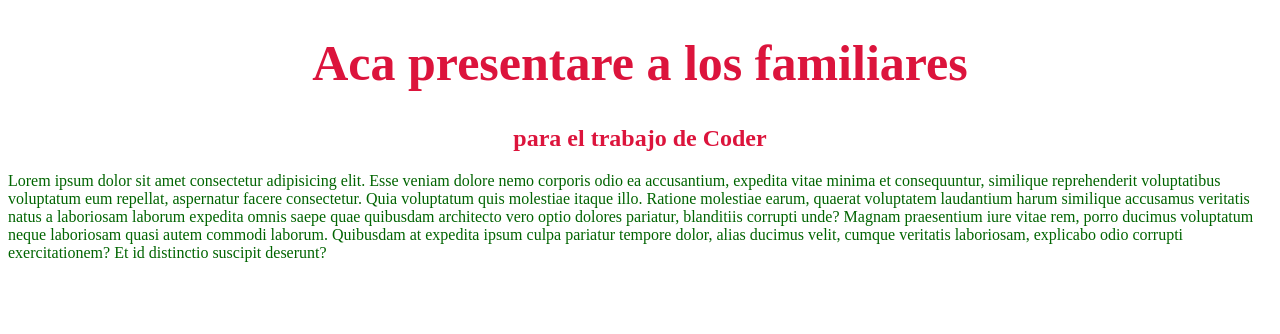
Repository: gadiazsaavedra/Familiares
Page: Familiares/Familiares/plantillas/template1.html
These files come from the project's save history. The page is drawn as it stood at one moment and after a run of saves; the edit follows.
The browser window is 1280 px wide. The pictures show the whole page.

Above is the page before, as saved 2021-12-07 16:40:06.

After the next 2 saves:
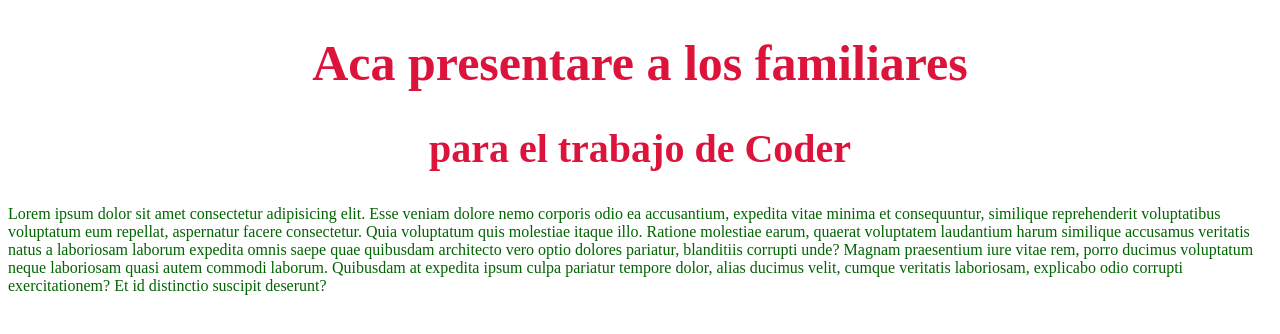
The 2 saves are shown as one change because they came seconds apart.
The last was saved 8 s later.
--- a/Familiares/Familiares/plantillas/template1.html
+++ b/Familiares/Familiares/plantillas/template1.html
@@ -8,7 +8,7 @@
 </head>
 <body>
     <h1 style="color:crimson; text-align:center; font-size:50px">Aca presentare a los familiares</h1>
-    <h2 style="color:crimson; text-align:center; font-size:">para el trabajo de Coder</h2>
+    <h2 style="color:crimson; text-align:center; font-size:40px">para el trabajo de Coder</h2>
     <p style="color:darkgreen">Lorem ipsum dolor sit amet consectetur adipisicing elit. Esse veniam dolore nemo corporis odio ea accusantium, expedita vitae minima et consequuntur, similique reprehenderit voluptatibus voluptatum eum repellat, aspernatur facere consectetur. Quia voluptatum quis molestiae itaque illo. Ratione molestiae earum, quaerat voluptatem laudantium harum similique accusamus veritatis natus a laboriosam laborum expedita omnis saepe quae quibusdam architecto vero optio dolores pariatur, blanditiis corrupti unde? Magnam praesentium iure vitae rem, porro ducimus voluptatum neque laboriosam quasi autem commodi laborum. Quibusdam at expedita ipsum culpa pariatur tempore dolor, alias ducimus velit, cumque veritatis laboriosam, explicabo odio corrupti exercitationem? Et id distinctio suscipit deserunt?</p>
 </body>
 </html>
